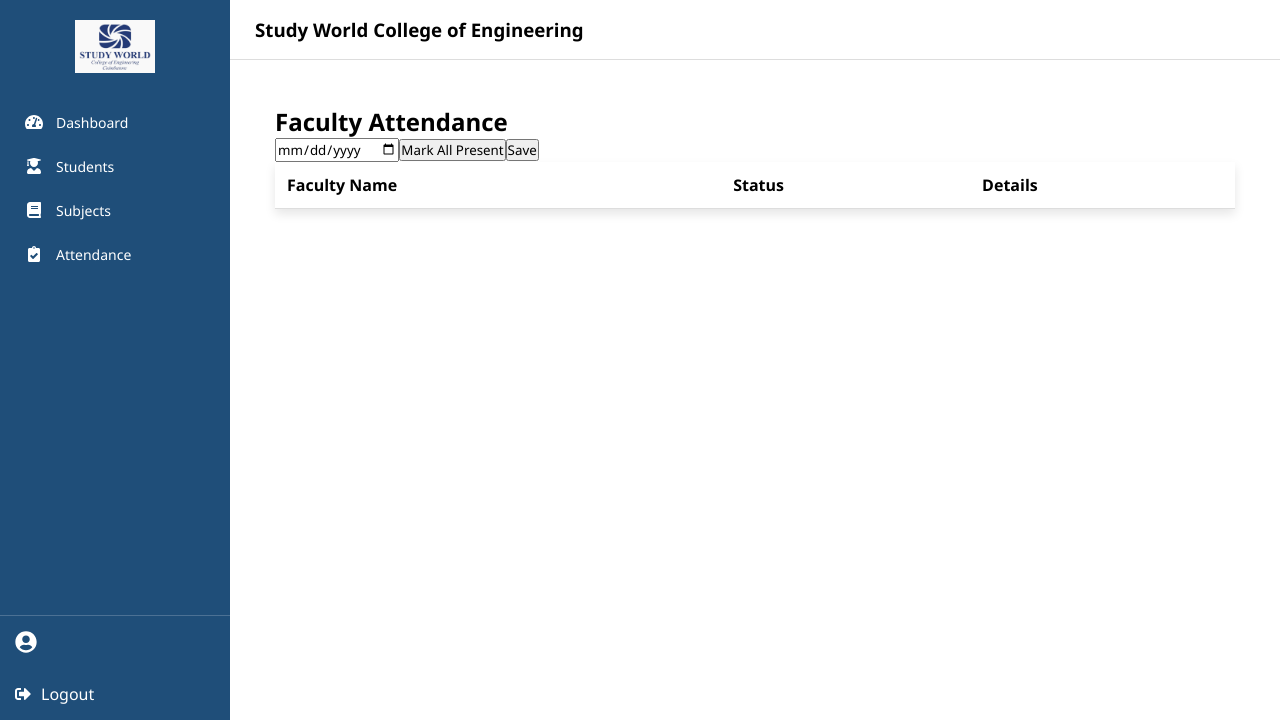
Repository: arthanarieswara/frontend
Page: /faculty-attendance
These files come from the project's save history. The page is drawn as it stood at one moment and after the next save; the edit follows.
The browser window is 1280 px wide. The pictures show the whole page.
The page's requests for data from a server got no answer. The project was rebuilt for these pictures with package versions that can differ from the ones it lists, and the page was loaded fresh each time. No one was signed in, and anything a server would have sent is missing. Also part of the build but not shown: vite.config.js, src/pages/auth/Login.jsx, src/pages/dashboard/Dashboard.css, src/pages/dashboard/Dashboard.jsx, src/pages/departments/Departments.jsx, src/pages/students/Students.css, src/pages/students/Students.jsx, src/pages/faculty/Faculty.css and 9 more.

Above is the page before, as saved 2026-04-01 14:38:22.

### index.html
<!doctype html>
<html lang="en">
  <head>
    <meta charset="UTF-8" />
    <link rel="icon" type="image/svg+xml" href="/college-logo.png" />
    <meta name="viewport" content="width=device-width, initial-scale=1.0" />
    <title>SWMS</title>
  </head>
  <body>
    <div id="root"></div>
    <script type="module" src="/src/main.jsx"></script>
  </body>
</html>

### src/App.jsx
import AppRoutes from "./routes/AppRoutes";

function App() {
  return <AppRoutes />;
}

export default App;

### src/routes/AppRoutes.jsx
import { BrowserRouter, Routes, Route } from "react-router-dom";

import Login from "../pages/auth/Login";
import Dashboard from "../pages/dashboard/Dashboard";
import Departments from "../pages/departments/Departments";
import Students from "../pages/students/Students";
import Faculty from "../pages/faculty/Faculty";
import Subjects from "../pages/Subjects/Subjects";
import Attendance from "../pages/Attendance/Attendance";
import Users from "../pages/users/Users";
import UserMapping from "../pages/UserMapping/UserMapping"; // ✅ NEW
import FacultyAttendance from "../pages/faculty/FacultyAttendance";
function AppRoutes() {
  return (
    <BrowserRouter>
      <Routes>
        <Route path="/" element={<Login />} />
        <Route path="/dashboard" element={<Dashboard />} />
        <Route path="/departments" element={<Departments />} />
        <Route path="/students" element={<Students />} />
        <Route path="/faculty" element={<Faculty />} />
        <Route path="/subjects" element={<Subjects />} />
        <Route path="/attendance" element={<Attendance />} />
        <Route path="/users" element={<Users />} />
        <Route path="/faculty-attendance" element={<FacultyAttendance />} />

        {/* ✅ NEW ROUTE */}
        <Route path="/mapping" element={<UserMapping />} />
      </Routes>
    </BrowserRouter>
  );
}

export default AppRoutes;

### src/pages/faculty/FacultyAttendance.jsx
import { useEffect, useState } from "react";
import Layout from "../../components/Layout";
import api from "../../api/api";
import "./FacultyAttendance.css";

function FacultyAttendance() {
  const [faculty, setFaculty] = useState([]);
  const [date, setDate] = useState("");
  const [attendance, setAttendance] = useState({});
  const [loading, setLoading] = useState(false);

  /* ================= LOAD FACULTY ================= */

  useEffect(() => {
    fetchFaculty();
  }, []);

  const fetchFaculty = async () => {
    try {
      const res = await api.get("/faculty");
      setFaculty(res.data || []);
    } catch (err) {
      console.log(err);
    }
  };

  /* ================= HANDLE CHANGE ================= */

  const handleChange = (id, field, value) => {
    setAttendance((prev) => ({
      ...prev,
      [id]: {
        ...prev[id],
        [field]: value,
      },
    }));
  };

  /* ================= MARK ALL PRESENT ================= */

  const markAllPresent = () => {
    const updated = {};
    faculty.forEach((f) => {
      updated[f.id] = { status: "Present" };
    });
    setAttendance(updated);
  };

  /* ================= SAVE ================= */

  const saveAttendance = async () => {
    if (!date) {
      alert("Please select date");
      return;
    }

    setLoading(true);

    try {
      for (let f of faculty) {
        const data = attendance[f.id];

        if (!data || !data.status) continue;

        await api.post("/faculty-attendance", {
          faculty_id: f.id,
          date,
          status: data.status,
          in_time: data.in_time || null,
          out_time: data.out_time || null,
          half_type: data.half_type || null,
        });
      }

      alert("Attendance saved successfully ✅");
    } catch (err) {
      console.error(err);
      alert("Error saving attendance ❌");
    }

    setLoading(false);
  };

  return (
    <Layout>
      <div className="faculty-attendance">

        {/* HEADER */}
        <div className="header">
          <h2>Faculty Attendance</h2>

          <div className="actions">
            <input
              type="date"
              value={date}
              onChange={(e) => setDate(e.target.value)}
            />

            <button onClick={markAllPresent} className="secondary-btn">
              Mark All Present
            </button>

            <button onClick={saveAttendance} disabled={loading}>
              {loading ? "Saving..." : "Save"}
            </button>
          </div>
        </div>

        {/* TABLE */}
        <div className="table-container">
          <table>
            <thead>
              <tr>
                <th>Faculty Name</th>
                <th>Status</th>
                <th>Details</th>
              </tr>
            </thead>

            <tbody>
              {faculty.map((f) => {
                const data = attendance[f.id] || {};

                return (
                  <tr key={f.id}>

                    {/* NAME */}
                    <td>{f.name}</td>

                    {/* STATUS */}
                    <td>
                      <select
                        className={`status-dropdown ${data.status}`}
                        value={data.status || ""}
                        onChange={(e) =>
                          handleChange(f.id, "status", e.target.value)
                        }
                      >
                        <option value="">Select</option>
                        <option value="Present">Present</option>
                        <option value="Absent">Absent</option>
                        <option value="CL">CL</option>
                        <option value="CML">CML</option>
                        <option value="LOP">LOP</option>
                        <option value="OD">OD</option>
                        <option value="Vacation">Vacation</option>
                        <option value="Permission">Permission</option>
                        <option value="Half Day">Half Day</option>
                      </select>
                    </td>

                    {/* DETAILS */}
                    <td>
                      {data.status === "Permission" && (
                        <div className="time-inputs">
                          <input
                            type="time"
                            onChange={(e) =>
                              handleChange(f.id, "in_time", e.target.value)
                            }
                          />
                          <input
                            type="time"
                            onChange={(e) =>
                              handleChange(f.id, "out_time", e.target.value)
                            }
                          />
                        </div>
                      )}

                      {data.status === "Half Day" && (
                        <select
                          onChange={(e) =>
                            handleChange(f.id, "half_type", e.target.value)
                          }
                        >
                          <option value="">Select</option>
                          <option value="First Half">First Half</option>
                          <option value="Second Half">Second Half</option>
                        </select>
                      )}
                    </td>

                  </tr>
                );
              })}
            </tbody>
          </table>
        </div>

      </div>
    </Layout>
  );
}

export default FacultyAttendance;

### src/api/api.js
import axios from "axios";

const api = axios.create({
  baseURL: "http://localhost:5000/api",
});

/* ✅ Attach token automatically */
api.interceptors.request.use((config) => {
  const token = localStorage.getItem("token");

  if (token) {
    config.headers.Authorization = `Bearer ${token}`;
  }

  return config;
});

export default api;

### src/pages/auth/Login.css
*{
  margin:0;
  padding:0;
  box-sizing:border-box;
  font-family:"Segoe UI",sans-serif;
}

/* ANIMATED BACKGROUND */

.login-wrapper{
  height:100vh;
  display:flex;
  justify-content:center;
  align-items:center;
  background:linear-gradient(270deg,#0f4c81,#3a8bfd,#1a6ed8);
  background-size:600% 600%;
  animation:gradientBG 10s ease infinite;
}

@keyframes gradientBG{
  0%{background-position:0% 50%}
  50%{background-position:100% 50%}
  100%{background-position:0% 50%}
}

/* LOGIN CARD */

.login-card{
  width:420px;
  padding:40px;
  border-radius:12px;
  background:rgba(255,255,255,0.15);
  backdrop-filter:blur(15px);
  box-shadow:0 15px 40px rgba(0,0,0,0.3);
  text-align:center;
  color:white;
}

/* COLLEGE HEADER */

.college-logo{
  width:70px;
  margin-bottom:10px;
}

.college-header h1{
  font-size:20px;
  margin-bottom:5px;
}

.college-header p{
 font-size:13px;
  opacity:0.9;
}

.college-header span{
  font-size:12px;
  opacity:0.8;
}

.college-header{
  margin-bottom:30px;
}

/* INPUT GROUP */

.input-group{

  position:relative;
  margin-bottom:20px;
}

.input-group input{
  width:100%;
  padding:12px;
  border:none;
  border-radius:6px;
  outline:none;
  font-size:14px;
}

/* FLOATING LABEL */

.input-group label{
  position:absolute;
  left:12px;
  top:50%;
  transform:translateY(-50%);
  color:#000000;
  font-size:14px;
  pointer-events:none;
  transition:0.3s;
}

.input-group input:focus + label,
.input-group input:not(:placeholder-shown) + label{
  top:-8px;
  /* background:white; */
  padding:0 5px;
  font-size:15px;
  color:white;
}

/* PASSWORD ICON */

.password-group{
 position:relative;
}

.eye-icon{
  position:absolute;
  right:10px;
  top:50%;
  transform:translateY(-50%);
  cursor:pointer;
  color:#444;
}

/* BUTTON */

.login-btn{
  width:100%;
  padding:12px;
  border:none;
  border-radius:6px;
  background:white;
  color:#0f4c81;
  font-size:16px;
  font-weight:bold;
  cursor:pointer;
  transition:all 0.3s;
}

.login-btn:hover{
  transform:translateY(-2px);
  box-shadow:0 5px 15px rgba(0,0,0,0.3);
}

### src/components/Layout.jsx
import { useState } from "react";
import Sidebar from "./Sidebar";
import Navbar from "./Navbar";

function Layout({ children }) {

  const [collapsed,setCollapsed] = useState(false);

  return (

    <div style={{display:"flex"}}>

      <Sidebar collapsed={collapsed} />

      <div style={{flex:1}}>

        <Navbar toggleSidebar={()=>setCollapsed(!collapsed)} />

        <div style={{padding:"25px"}}>
          {children}
        </div>

      </div>

    </div>

  );

}

export default Layout;

### src/pages/departments/Departments.css
.departments h2 {
    margin-bottom: 20px;
}

.add-section {
    display: flex;
    gap: 10px;
    margin-bottom: 20px;
}

.add-section input {
    padding: 10px;
    border: 1px solid #ccc;
    border-radius: 5px;
}

.add-section button {
    background: #0f4c81;
    color: white;
    border: none;
    padding: 10px 15px;
    border-radius: 5px;
    cursor: pointer;
}

table {
    width: 100%;
    border-collapse: collapse;
    background: white;
    box-shadow: 0 5px 10px rgba(0, 0, 0, 0.1);
}

th,
td {
    padding: 12px;
    border-bottom: 1px solid #ddd;
    text-align: left;
}

.delete-btn {
    background: red;
    color: white;
    border: none;
    padding: 6px 10px;
    border-radius: 4px;
    cursor: pointer;
}

.edit-btn {
    background: #0f4c81;
    color: white;
    border: none;
    padding: 6px 10px;
    border-radius: 4px;
    cursor: pointer;
    margin: 10px;
}

### src/pages/faculty/FacultyAttendance.css
.faculty-attendance {
  padding: 20px;
}

.top-bar {
  display: flex;
  gap: 10px;
  margin-bottom: 20px;
}

.row {
  display: flex;
  gap: 10px;
  align-items: center;
  margin-bottom: 10px;
}

.name {
  width: 200px;
  font-weight: 500;
}

### src/components/Sidebar.jsx
import { NavLink, useNavigate } from "react-router-dom";
import {
  FaTachometerAlt,
  FaUniversity,
  FaUserGraduate,
  FaChalkboardTeacher,
  FaBook,
  FaClipboardCheck,
  FaSignOutAlt,
  FaUserCircle,
  FaUsers,
  FaProjectDiagram,
} from "react-icons/fa";

import "./Sidebar.css";

function Sidebar({ collapsed }) {
  const navigate = useNavigate();

  const user = JSON.parse(localStorage.getItem("user"));
  const role = user?.role;

  const handleLogout = () => {
    localStorage.removeItem("token");
    localStorage.removeItem("user");
    navigate("/");
  };

  return (
    <div className="main-content">
      <div className={`sidebar ${collapsed ? "collapsed" : ""}`}>
        <div className="sidebar-header">
          <img src="/college-logo.png" className="sidebar-logo" />
        </div>

        <nav className="menu">
          {/* COMMON (ADMIN + FACULTY) */}
          <NavLink to="/dashboard" className="menu-item">
            <FaTachometerAlt />
            <span>Dashboard</span>
          </NavLink>

          <NavLink to="/students" className="menu-item">
            <FaUserGraduate />
            <span>Students</span>
          </NavLink>

          <NavLink to="/subjects" className="menu-item">
            <FaBook />
            <span>Subjects</span>
          </NavLink>

          <NavLink to="/attendance" className="menu-item">
            <FaClipboardCheck />
            <span>Attendance</span>
          </NavLink>

          {/* ADMIN ONLY */}
          {role === "Admin" && (
            <>
              <NavLink to="/departments" className="menu-item">
                <FaUniversity />
                <span>Departments</span>
              </NavLink>

              <NavLink to="/faculty" className="menu-item">
                <FaChalkboardTeacher />
                <span>Faculty</span>
              </NavLink>

              <NavLink to="/users" className="menu-item">
                <FaUsers />
                <span>Users</span>
              </NavLink>

              <NavLink to="/mapping" className="menu-item">
                <FaProjectDiagram />
                <span>Mapping</span>
              </NavLink>

              <NavLink to="/faculty-attendance" className="menu-item">
                <FaClipboardCheck />
                <span>Faculty Attendance</span>
              </NavLink>
            </>
          )}
        </nav>

        {/* PROFILE + LOGOUT */}

        <div className="bottom-section">
          <div className="profile">
            <FaUserCircle className="profile-icon" />
            <span>{role}</span>
          </div>

          <div className="logout" onClick={handleLogout}>
            <FaSignOutAlt />
            <span>Logout</span>
          </div>
        </div>
      </div>
    </div>
  );
}

export default Sidebar;

### src/components/Navbar.jsx
import { FaBars } from "react-icons/fa";
import "./Navbar.css";

function Navbar({ toggleSidebar }) {

    return (

        <div className="navbar">

            {/* <FaBars className="toggle-btn" onClick={toggleSidebar} /> */}

            <h3>Study World College of Engineering</h3>

        </div>

    )

}

export default Navbar;

### src/components/Sidebar.css
.sidebar {
  width: 230px;
  height: 100vh;
  background: #1f4e79;
  color: white;
  display: flex;
  flex-direction: column;
  justify-content: space-between;
  position: fixed;
  left: 0;
  top: 0;
}

/* HEADER */

.sidebar-header {
  display: flex;
  justify-content: center;
  align-items: center;
  padding: 20px 10px;
}

.sidebar-logo {
  width: 80px;
  object-fit: contain;
}

/* MENU */

.menu {
  display: flex;
  flex-direction: column;
  gap: 5px;
  padding: 10px;
}

/* MENU ITEM */

.menu-item {
  display: flex;
  align-items: center;
  gap: 12px;
  padding: 10px 14px;
  color: white;
  text-decoration: none;
  border-radius: 6px;
  transition: 0.3s;
  font-size: 14px;
}

.menu-item svg {
  font-size: 16px;
  min-width: 20px;
}

.menu-item:hover {
  background: rgba(255, 255, 255, 0.15);
}

.menu-item.active {
  background: white;
  color: #1f4e79;
}

/* PUSH BOTTOM SECTION DOWN */

.bottom-section {
  margin-top: auto;
}

/* PROFILE */

.profile {
  display: flex;
  align-items: center;
  gap: 10px;
  padding: 15px;
  border-top: 1px solid rgba(255, 255, 255, 0.2);
}

.profile-icon {
  font-size: 22px;
}

/* LOGOUT */

.logout {
  display: flex;
  align-items: center;
  gap: 10px;
  padding: 15px;
  cursor: pointer;
  transition: 0.3s;
}

.logout:hover {
  background: rgba(255, 0, 0, 0.2);
}

.main-content {
  margin-left: 190px; /* SAME AS SIDEBAR WIDTH */
  padding: 20px;
}

### src/components/Navbar.css
.navbar{
  height:60px;
  background:white;
  border-bottom:1px solid #ddd;
  display:flex;
  align-items:center;
  padding:0 25px;
}

Loaded but not shown: src/main.jsx (common file)

After the next save:
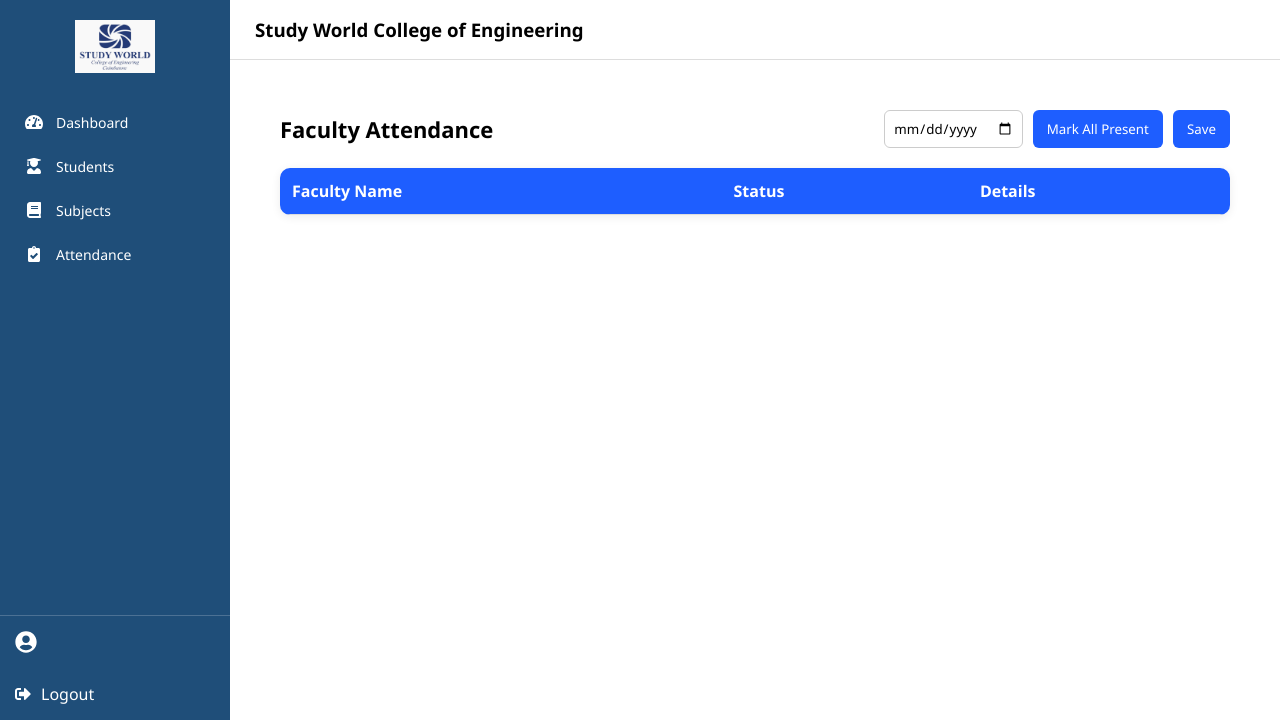
Saved 37 s later.
--- a/src/pages/faculty/FacultyAttendance.css
+++ b/src/pages/faculty/FacultyAttendance.css
@@ -1,21 +1,103 @@
 .faculty-attendance {
-  padding: 20px;
+  padding: 25px;
 }
 
-.top-bar {
+/* HEADER */
+.header {
   display: flex;
-  gap: 10px;
+  justify-content: space-between;
+  align-items: center;
   margin-bottom: 20px;
 }
 
-.row {
+.header h2 {
+  font-size: 22px;
+}
+
+.actions {
   display: flex;
   gap: 10px;
-  align-items: center;
-  margin-bottom: 10px;
 }
 
-.name {
-  width: 200px;
-  font-weight: 500;
+.actions input {
+  padding: 8px;
+  border-radius: 6px;
+  border: 1px solid #ccc;
 }
+
+.actions button {
+  background: #1e5eff;
+  color: white;
+  border: none;
+  padding: 8px 14px;
+  border-radius: 6px;
+  cursor: pointer;
+}
+
+.actions button:hover {
+  background: #1748c7;
+}
+
+.secondary-btn {
+  background: #28a745;
+}
+
+.secondary-btn:hover {
+  background: #1e7e34;
+}
+
+/* TABLE */
+.table-container {
+  background: white;
+  border-radius: 10px;
+  box-shadow: 0 2px 10px rgba(0,0,0,0.08);
+  overflow: hidden;
+}
+
+table {
+  width: 100%;
+  border-collapse: collapse;
+}
+
+thead {
+  background: #1e5eff;
+  color: white;
+}
+
+th, td {
+  padding: 12px;
+  text-align: left;
+}
+
+tbody tr:nth-child(even) {
+  background: #f5f7fb;
+}
+
+tbody tr:hover {
+  background: #eef2ff;
+}
+
+/* STATUS COLORS */
+.status-dropdown.Present {
+  background: #d4edda;
+}
+
+.status-dropdown.Absent {
+  background: #f8d7da;
+}
+
+.status-dropdown.CL,
+.status-dropdown.CML,
+.status-dropdown.OD {
+  background: #fff3cd;
+}
+
+/* TIME INPUTS */
+.time-inputs {
+  display: flex;
+  gap: 10px;
+}
+
+.time-inputs input {
+  padding: 5px;
+}
